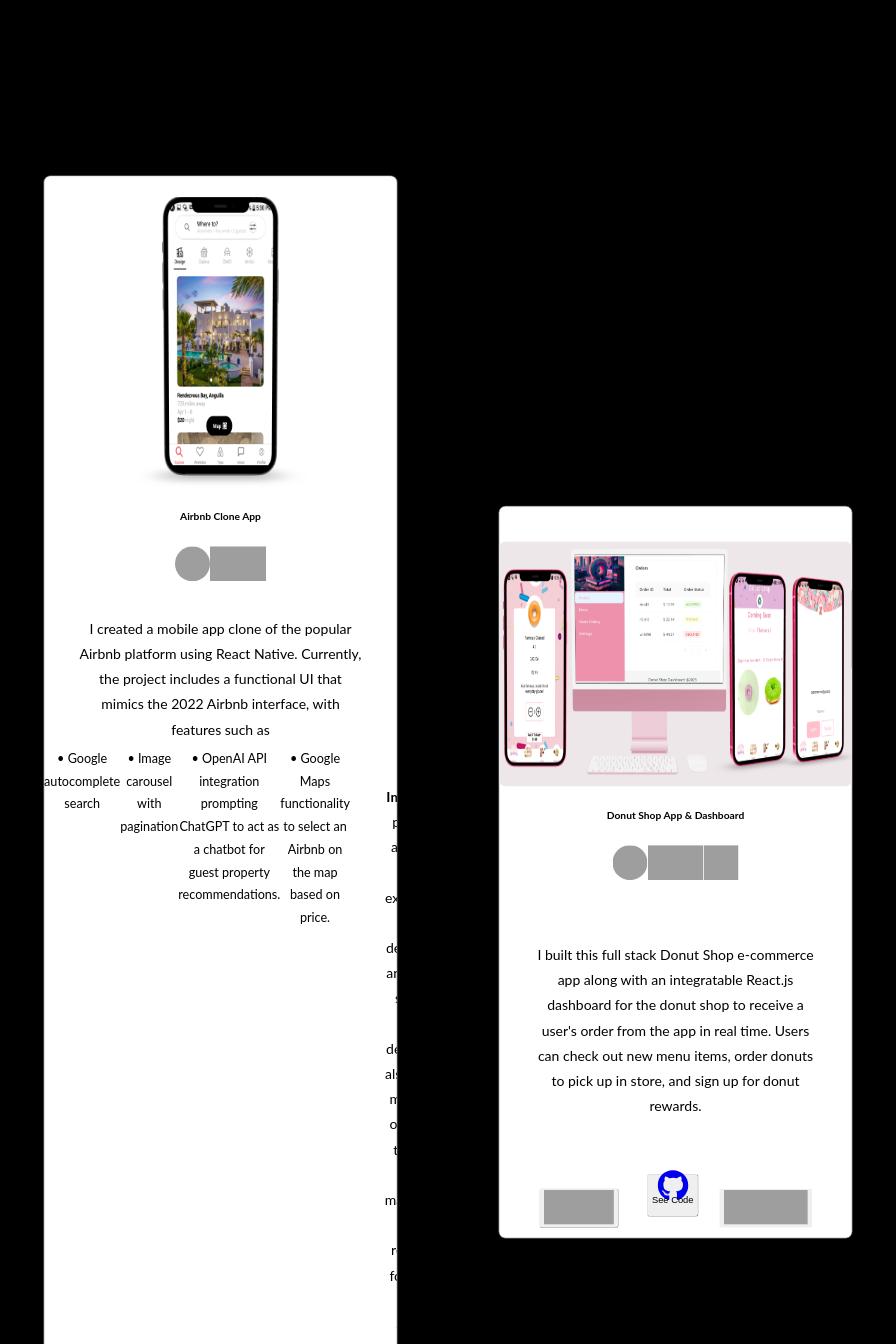
Repository: JamesPesenti/portfolio
Page: /
An editor plug-in stored every save of this project. The page is shown before and after the next save, followed by the edit.
The browser window is 1280 px wide. The pictures show the part of the page from y = 1389 to 3309 px (the page is 6929 px tall), at 70% of full size.
Pictures or frames that could not be fetched are drawn as grey boxes. The project was rebuilt for these pictures with package versions that can differ from the ones it lists, and the page was loaded fresh each time. Imported but missing from the stored project, and not drawn on this page: src/Components/James Pesenti Resume 2023.pdf.

Above is the page before, as saved 2023-08-28 14:57:34.

### public/index.html
<!DOCTYPE html>
<html lang="en">
  <head>
    <meta charset="utf-8" />
    <link rel="" href="" />
    <meta name="viewport" content="width=device-width, initial-scale=1" />
    <meta name="theme-color" content="#000000" />
    <meta name="description" content="James Pesenti Portfolio 2023" />
    <link rel="apple-touch-icon" href="" />
    <link rel="manifest" href="%PUBLIC_URL%/manifest.json" />

    <title>Portfolio 2023</title>

  </head>
  <body>
    <div id="root"></div>
  </body>
</html>

### src/Components/Navbar.jsx
import React, {Component} from 'react'
import { FaGithub } from "react-icons/fa";
import { FaEnvelope } from "react-icons/fa";
import { FaFile } from "react-icons/fa";
import Pdf from "../Components/James Pesenti Resume 2023.pdf"


const Navbar = () => {
  return (
    <>
          <div className="navbar flex">
            <div className="container">
                <nav>
                  <ul style={{textAlign: "center", marginTop: 70, position: 'relative', left: 0, top: -2}}>
                    <li>
                      <a className="App-link"  href="mailto:jamespesenti91@gmail.com" target="_blank" rel="noopener noreferrer">
                      <FaEnvelope size={35} style={{display: "flex", textAlign: "center", marginLeft: 10}}/>
                          Contact
                      </a>
                    </li>
                    <li>
                      <a className="App-link" href="https://github.com/JamesPesenti" target="_blank" rel="noopener noreferrer">
                        <FaGithub size={35} style={{display: "flex", textAlign: "center", marginLeft: 10}} />
                        GitHub
                      </a>
                    </li>
                    <li>
                      <a className="App-link" href={Pdf} target="_blank" rel="noopener noreferrer">
                        <FaFile size={35} style={{display: "flex", textAlign: "center", marginLeft: 10}} />
                        Resume
                      </a>
                    </li>
                  </ul>
                </nav>
                {/* <h4 style={{color: "white", textAlign: 'center', marginBottom:-440}}>
                  See my work below and send a message to get in touch
                </h4> */}
            </div>
          </div>
    </>
  )
}

export default Navbar

### src/Components/AboutMe.jsx
import React from 'react'
import { FontAwesomeIcon } from '@fortawesome/react-fontawesome'
import { FaGithub } from "react-icons/fa";
import { FaMapPin } from "react-icons/fa";

const AboutMe = () => {
  return (
    <>

        <div style={{justifyContent: "center", textAlign: "center", color: "white", padding: 50,}}>
            {/* Spinning image  */}
            {/* <img style={{padding: 10, borderRadius: "50%", width: 200, height: 200,}} src="/images/IMG_1619.jpg" className="App-logo" alt="logo" /> */}
            <img style={{padding: 10, borderRadius: "50%", width: 200, height: 200,}} src="/images/IMG_1619.jpg" alt="logo" />
            <h1>I'm James Pesenti</h1>
            <h2>a Software Developer building mobile apps and websites</h2>
              <FaMapPin size={20} style={{position: "relative", top: 5, right: 65, }} />
              <h3 style={{marginTop: -24}}> Chicago, IL</h3>
        </div>

</>
  )
}

export default AboutMe

### src/Components/Scroll.jsx
import React from 'react'
import '../CSS/App.css';


const Scroll = () => {

  return (
    <>

        <div style={{marginBottom: 400, justifyContnent: 'center'}} id="section09" class="demo">
          <a href="#parallaxContainer">
            <span></span>
            Scroll down to see my work
          </a>
        </div>

    </>
  )
}

export default Scroll

### src/Components/MyProjects.jsx
import UberGoogleButton from "../Components/UberGoogleButton"
import AstonGoogleButton from "./AstonGoogleButton"
import AstonAppleButton from "./AstonAppleButton"
import BarceGoogleButton from "../Components/BarceGoogleButton"
import BarceAppleButton from "./BarceAppleButton"
import { FaGithub } from "react-icons/fa";

const MyProjects = () => {
  return (

  <>
    <div id="parallaxContainer" style={{ display: 'grid', gridTemplateColumns: 'repeat(2, 1fr)', gap: '20px' }}>

    {/* Airbnb Clone */}
    <div style={{ justifyContent: 'center', alignItems: 'center',  width: "80%", borderRadius: 10}} className="box">
            <div>
                <img style={{ borderRadius: 10, marginTop: 30, marginBottom: -35, width: "100%", height: 450, transition: ".7s", }} src="images/mockrocket-capture (11).png" />
            </div>
            <h4 style={{textAlign: 'center'}}>Airbnb Clone App</h4>
                <div style={{padding: 10, borderRadius: 10, marginBottom: -40,}}>
                  <img style={{width: 50, height: 50, borderRadius: 50}} src="https://i.pinimg.com/originals/8a/02/1a/8a021aa097236b42dd71fb731e3d894d.gif"/>
                  <img style={{width: 80, height: 50, }} src="https://www.datocms-assets.com/45470/1631026680-logo-react-native.png"  />
                  {/* <img style={{width: 50, height: 50, }} src="https://pbs.twimg.com/profile_images/1114309924551417856/FKA4cm2x_400x400.png"  /> */}
                </div>
           <div>
            <p style={{fontSize: 20, textAlign: 'center', padding: 50, marginBottom: -60}}>I created a mobile app clone of the popular Airbnb platform using React Native. Currently, the project includes a functional UI that mimics the 2022 Airbnb interface, with features such as</p>
           </div>
           <div style={{display: 'flex', flexDirection: "row"}}>
            <p style={{fontSize: 18, padding: 0, marginBottom: -20}}>&#8226; Google autocomplete search</p>
            <p style={{fontSize: 18, padding: 0, marginBottom: -20}}>&#8226; Image carousel with pagination</p>
            <p style={{fontSize: 18, paddingHorizontal: 0, marginBottom: -20}}> &#8226; OpenAI API integration prompting ChatGPT to act as a chatbot for guest property recommendations.</p>
            <p style={{fontSize: 18, paddingHorizontal: -90, marginBottom: -20}}> &#8226; Google Maps functionality to select an Airbnb on the map based on price.</p>

            {/* <p style={{fontSize: 20, textAlign: 'center', padding: 40, marginBottom: -60}}>I plan to add additional features and integrate back end functionality in future updates to enhance the user experience and provide a more comprehensive product.</p> */}
            {/* <p style={{fontSize: 20, textAlign: 'center', padding: 30, marginBottom: -80}}><b> Key Skills I learned: </b>React Native, UI design, Google Play and App Store submission process, mobile development, UX design, project management.</p> */}
            <p style={{fontSize: 20, textAlign: 'center', padding: 50}}><b> Impact: </b> Each project has allowed me to gain experience in mobile development and hone my skills in UI and UX design. It has also provided me with the opportunity to practice project management, by being responsible for planning and executing the project from start to finish, providing me with valuable experience of the mobile app lifecycle.</p>
           </div>

           <div >
                {/* <UberGoogleButton  /> */}
                <button style={{marginTop: 10}} type="button" className="codeButton">
                  <a href="https://github.com/JamesPesenti/Airbnb" target="_blank" rel="noopener noreferrer">
                    <FaGithub  size={45} style={{ marginTop: -80, marginBottom: -25, justifyContent: "center", textAlign: "center"}} />
                  </a>
                  <p>See Code</p>
                </button>
                {/* <AstonAppleButton  /> */}
            </div>

        </div>


     {/* Donut Shop App */}
     <div style={{marginTop: -80, marginBottom: 20, justifyContent: 'center', alignItems: 'center',  width: "80%", borderRadius: 10}} className="box">
            <div>
                <img style={{ borderRadius: 10, marginTop: 50, width: "100%", height: 350, transition: ".7s", }} src="/images/appAndDashMock.png" />
            </div>
            <h4 style={{textAlign: 'center'}}>Donut Shop App & Dashboard</h4>
                <div style={{padding: 10, borderRadius: 10, marginBottom: 0,}}>
                  <img style={{width: 50, height: 50, borderRadius: 50}} src="https://i.pinimg.com/originals/8a/02/1a/8a021aa097236b42dd71fb731e3d894d.gif"/>
                  <img style={{width: 80, height: 50, }} src="https://www.datocms-assets.com/45470/1631026680-logo-react-native.png"  />
                  <img style={{width: 50, height: 50, }} src="https://pbs.twimg.com/profile_images/1114309924551417856/FKA4cm2x_400x400.png"  />
                </div>
            <p style={{fontSize: 20,textAlign: 'center', padding: 50}}>I built this full stack Donut Shop e-commerce app along with an integratable React.js dashboard for the donut shop to receive a user's order from the app in real time. Users can check out new menu items, order donuts to pick up in store, and sign up for donut rewards.</p>

            <div>
                <UberGoogleButton  />
                <button style={{marginTop: 40}} type="button" className="codeButton">
                  <a href="https://github.com/JamesPesenti/Donut_Shop" target="_blank" rel="noopener noreferrer">
                    <FaGithub  size={45} style={{ marginTop: -80, marginBottom: -25, justifyContent: "center", textAlign: "center"}} />
                  </a>
                  <p>See Code</p>
                </button>
                <AstonAppleButton  />
            </div>

        </div>


    {/* Uber Eats App */}
    <div style={{marginTop: 80, marginBottom: 60, justifyContent: 'center', alignItems: 'center',  width: "80%", borderRadius: 10}} className="box">
            <div className="imgWrapper" style={{width: 480, height: 350}}>
                <img style={{ borderRadius: 5, marginTop: 50, width: "100%", height: 300, transition: ".7s", }} src="/images/UberEatsLast.png" />
            </div>
            <h4 style={{textAlign: 'center'}}>Uber Eats Clone App</h4>
                <div style={{padding: 10, borderRadius: 10, marginBottom: -40,}}>
                  <img style={{width: 50, height: 50, borderRadius: 50}} src="https://i.pinimg.com/originals/8a/02/1a/8a021aa097236b42dd71fb731e3d894d.gif"/>
                  <img style={{width: 80, height: 50, }} src="https://www.datocms-assets.com/45470/1631026680-logo-react-native.png"  />
                  <img style={{width: 50, height: 50, }} src="https://pbs.twimg.com/profile_images/1114309924551417856/FKA4cm2x_400x400.png" />
                </div>
            <p style={{fontSize: 20,textAlign: 'center', padding: 50}}>A full stack React Native app inspired by the UberEats user app. I utilized AWS Amplify's datastore to configure the back end to query and save customer's orders and used Amazon Cognito for user registration, authentication, & account recovery.</p>

            <div>
                <UberGoogleButton  />
                <button style={{marginTop: 40}} type="button" className="codeButton">
                  <a href="https://github.com/JamesPesenti/UberEatsClone" target="_blank" rel="noopener noreferrer">
                    <FaGithub  size={45} style={{ marginTop: -80, marginBottom: -20, justifyContent: "center", textAlign: "center"}} />
                  </a>
                  <p>See Code</p>
                </button>
                <AstonAppleButton  />
            </div>

        </div>


     {/* Aston Waikiki App */}
       <div style={{marginTop: 80, marginBottom: 120, justifyContent: 'center', alignItems: 'center',  width: "80%", borderRadius: 10}} className="box">
            <div className="imgWrapper" style={{width: 450, height: 350}}>
                <img style={{ marginTop: 50, width: "100%", height: "auto", transition: ".7s", }} src="/images/astonmock.png" />
            </div>
            <h4 style={{textAlign: 'center'}}>Aston Waikiki Hotel UI</h4>
                <div style={{padding: 10, borderRadius: 10, marginBottom: -40,}}>
                  <img style={{width: 50, height: 50, borderRadius: 50}} src="https://i.pinimg.com/originals/8a/02/1a/8a021aa097236b42dd71fb731e3d894d.gif"/>
                  <img style={{width: 80, height: 50, }} src="https://www.datocms-assets.com/45470/1631026680-logo-react-native.png"  />
                </div>
            <p style={{fontSize: 20,textAlign: 'center', padding: 50}}>A React Native UI design I created to reimagine the hotel Aston Waikiki Beach's website into a cross platform mobile app. I used most of the content and images from the current website and utilized both Bottom Tabs, Drawer navigation and other React Native libraries for a better user experience.</p>

            <div>
                <AstonGoogleButton  />
                <button style={{marginTop: 40}} type="button" className="codeButton">
                        <a href="https://github.com/JamesPesenti/AstonWaikikiBeachApp" target="_blank" rel="noopener noreferrer">
                            <FaGithub  size={45} style={{ marginTop: -80, marginBottom: -20, justifyContent: "center", textAlign: "center"}} />
                        </a>
                        <p>See Code</p>
                </button>
                <AstonAppleButton  />
            </div>

        </div>


    {/* Barcelona App */}
       <div style={{marginTop: 20, marginBottom: 120, justifyContent: 'center', alignItems: 'center',  width: "80%", borderRadius: 10}} className="box">
            <div className="imgWrapper" style={{width: 650, height: 300}}>
                <img style={{ marginTop: 30, width: "100%", height: 250, transition: ".7s", }} src="/images/barcelonamockup.png" />
            </div>
            <h4 style={{textAlign: 'center'}}>Barcelona Tourist App</h4>
                <div style={{padding: 10, borderRadius: 10, marginBottom: -20,}}>
                <img style={{width: 80, height: 50,}} src="https://www.datocms-assets.com/45470/1631026680-logo-react-native.png"  />
                <img style={{width: 50, height: 50, borderRadius: 50}} src="https://i.pinimg.com/originals/8a/02/1a/8a021aa097236b42dd71fb731e3d894d.gif"/>
                </div>
            <p style={{fontSize: 20, textAlign: 'center', padding: 50}}>I created this React Native app for visitors of Barcelona Spain to save pictures and locations of their favorite places. I used pop-up modals for users to quickly get information on popular sights and used geolocation with google maps so users can save their location and select it on the map.</p>

            <div>
               <BarceAppleButton  />
                <button style={{marginTop: 40}} type="button" className="codeButton">
                        <a href="https://github.com/JamesPesenti/BarcelonaApp" target="_blank" rel="noopener noreferrer">
                            <FaGithub  size={45} style={{ marginTop: -80, marginBottom: -20, justifyContent: "center", textAlign: "center"}} />
                        </a>
                        <p>See Code</p>
                </button>
                <BarceGoogleButton  />
            </div>

        </div>

    {/* IAR React App */}
        {/* <div style={{marginBottom: 0, justifyContent: 'center', alignItems: 'center',  width: "80%", borderRadius: 10}} className="box">
            <img style={{ width: 600, height: 350, borderRadius: 10, borderWidth: 2, borderColor: "green"}} src="/images/innermock.png" />
            <h4 style={{textAlign: 'center'}}>Inner Aura Readings Website</h4>
            <div style={{flexDirection: "row", padding: 10, borderRadius: 10}}>
                <img src="https://www.logo.wine/a/logo/React_(web_framework)/React_(web_framework)-Logo.wine.svg" style={{width: 100, height: 50,}} />
                <img className="logoBox" src="https://cdn.pixabay.com/photo/2017/08/05/11/16/logo-2582747_1280.png" style={{width: 50, height: 50,}} />
            </div>
            <p style={{fontSize: 20, textAlign: 'center', padding: 50}}>This was the first official React.js web app that I developed. I made it for a friend who wanted to reach more customers with a mobile friendly website. I made multiple iterations and converted it into a PWA for offline operability with native like performance. </p>
            <button style={{marginTop: 0}} type="button" className="codeButton">
                        <a href="https://github.com/JamesPesenti/InnerAuraReadings2022" target="_blank" rel="noopener noreferrer">
                            <FaGithub  size={45} style={{ marginTop: -80, marginBottom: -20, justifyContent: "center", textAlign: "center"}} />
                        </a>
                        <p>See Code</p>
            </button>

        </div> */}


{/* REapp */}
        {/* <div style={{marginBottom: 100, justifyContent: 'center', alignItems: 'center',  width: "80%", borderRadius: 10,}} className="box">
        <img style={{marginTop: 50, width: 800, height: 350, borderRadius: 10, borderWidth: 2, borderColor: "green"}} src="/images/remockup.png" />
            <h4 style={{textAlign: 'center'}}>Real Estate Listing Website </h4>
            <div style={{flexDirection: "row", padding: 10, borderRadius: 10}}>
                <img src="https://www.logo.wine/a/logo/React_(web_framework)/React_(web_framework)-Logo.wine.svg" style={{width: 100, height: 50,}} />
                <img src="https://img.icons8.com/color/480/cloud-firestore.png" style={{width: 50, height: 50,}} />
                <img src="https://raw.githubusercontent.com/JamesPesenti/RealEstateApp/16b046b3d34b4a26468627e906dc503be8911b73/src/assets/svg/googleIcon.svg" style={{marginBottom: 8, width: 100, height: 30,}} />
            </div>
            <p style={{fontSize: 20, textAlign: 'center', padding: 50}}>Real Estate listing website built with React, FireStore database and Google OAuth to sign in with a google account. You can search listings for rent/sale and login to your account to create a listing and save offers. Inspiration and back-end code taken from Brad Traversey's React course I took on Udemy.</p>
            <button style={{marginTop: 40}} type="button" className="codeButton">
                        <a href="https://github.com/JamesPesenti/RealEstateApp" target="_blank" rel="noopener noreferrer">
                            <FaGithub  size={45} style={{ marginTop: -80, marginBottom: -20, justifyContent: "center", textAlign: "center"}} />
                        </a>
                        <p>See Code</p>
            </button>
        </div> */}

    </div>


    </>
  )
}

export default MyProjects

### src/Components/UberGoogleButton.jsx
import React from 'react'


const UberGoogleButton = () => {
  return (
    <>
    <button type="button" style={{marginRight: 40, borderWidth: .1, borderColor: '#efefef', borderRadius: 5}}>
        <a href="https://expo.dev/accounts/jimpesenti/projects/UberEats/builds/b9dfcb73-dd37-4009-b5f9-7d24a72b937d">
            <img style={{width: 100, height: 50, borderRadius: 0}} src="https://logos-world.net/wp-content/uploads/2020/12/Google-Play-Logo-500x281.png"/>
        </a>
    </button>
    </>
  )
}

export default UberGoogleButton

### src/Components/AstonGoogleButton.jsx
import React from 'react'


const AstonGoogleButton = () => {
  return (
    <>
    <button type="button" style={{marginRight: 40, borderWidth: .1, borderColor: '#efefef', borderRadius: 5}}>
        <a href="https://play.google.com/store/apps/details?id=com.jamespesenti91.astonwaikikibeach">
            <img style={{width: 100, height: 50, borderRadius: 0}} src="https://logos-world.net/wp-content/uploads/2020/12/Google-Play-Logo-500x281.png"/>
        </a>
    </button>
    </>
  )
}

export default AstonGoogleButton

### src/Components/AstonAppleButton.jsx
import React from 'react'

const AstonAppleButton = () => {
  return (
    <>
    <button type="submit" style={{marginLeft: 30, borderWidth: 0,}}  >
        <a href="">
            <img style={{width: 120, height: 50, borderRadius: 0}} src="https://images.squarespace-cdn.com/content/v1/5b549a7f3c3a53487c250f58/1597439116255-P7ME5MNOIWQLJS1X4CPP/Apple+App+Store+Logo+Button.png"/>
        </a>
    </button>
    </>
  )
}

export default AstonAppleButton

### src/Components/BarceGoogleButton.jsx
import React from 'react'


const BarceGoogleButton = () => {
  return (
    <>
    <button type="button" style={{marginLeft: 30, borderWidth: .1, borderColor: '#efefef', borderRadius: 5}}>
        <a href="https://play.google.com/store/apps/details?id=com.jamespesenti91.VisitBarcelona">
            <img style={{width: 100, height: 50, borderRadius: 0}} src="https://logos-world.net/wp-content/uploads/2020/12/Google-Play-Logo-500x281.png" alt="barceButton"/>
        </a>
    </button>
    </>
  )
}

export default BarceGoogleButton

### src/Components/BarceAppleButton.jsx
import React from 'react'

const BarceAppleButton = () => {
  return (
    <>
    <button type="submit" style={{marginRight: 30, borderWidth: 0,}}  >
        <a href="">
            <img style={{width: 120, height: 50, borderRadius: 0}} src="https://images.squarespace-cdn.com/content/v1/5b549a7f3c3a53487c250f58/1597439116255-P7ME5MNOIWQLJS1X4CPP/Apple+App+Store+Logo+Button.png"/>
        </a>
    </button>
    </>
  )
}

export default BarceAppleButton

Loaded but not shown: src/index.js (common file); src/reportWebVitals.js (common file); src/serviceWorkerRegistration.js (137 lines, source omitted); src/App.js (33 lines, source omitted); src/CSS/App.css (351 lines, source omitted); src/CSS/index.css (197 lines, source omitted)

After the next save:
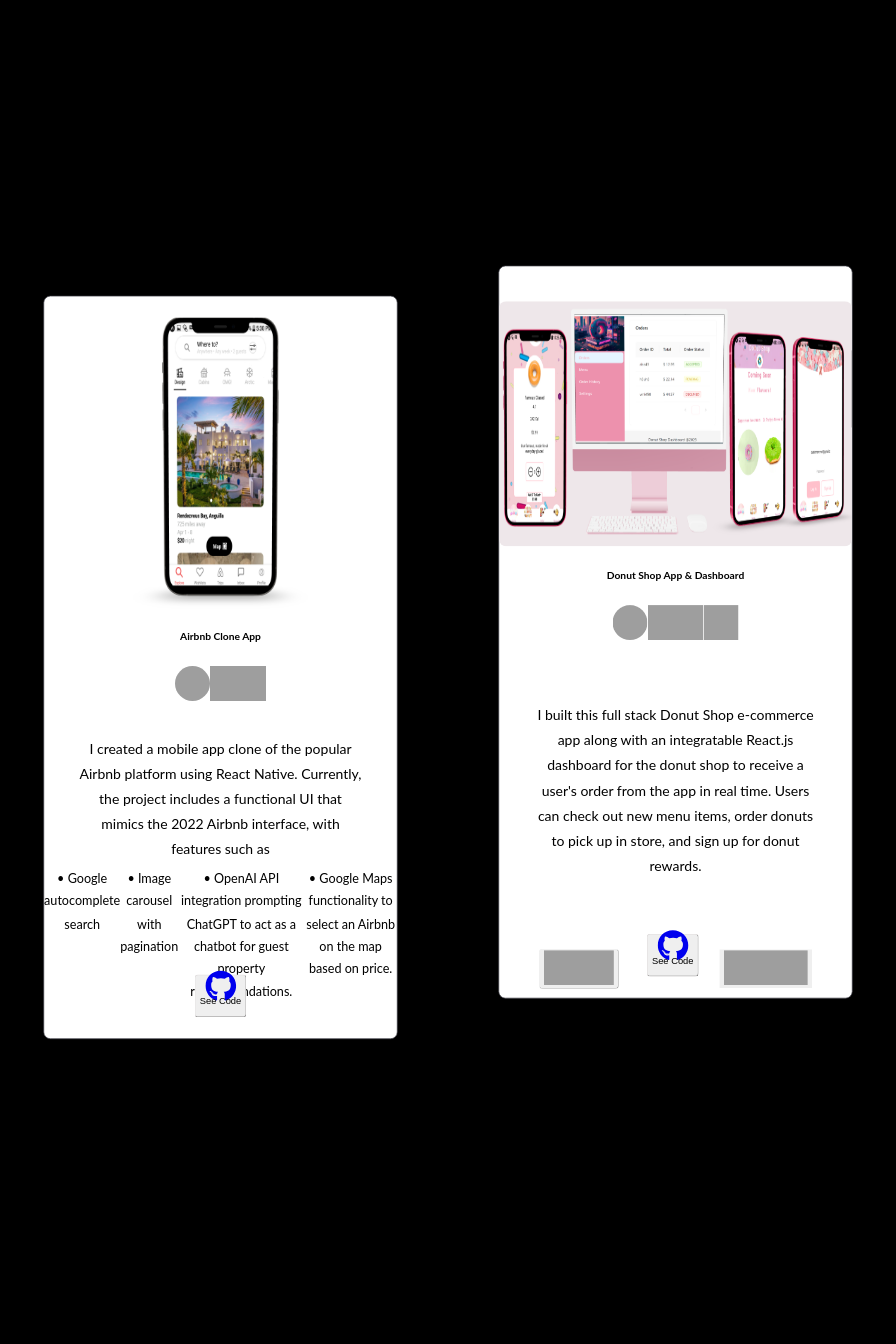
Saved 16 s later.
--- a/src/Components/MyProjects.jsx
+++ b/src/Components/MyProjects.jsx
@@ -30,10 +30,8 @@
             <p style={{fontSize: 18, padding: 0, marginBottom: -20}}>&#8226; Image carousel with pagination</p>
             <p style={{fontSize: 18, paddingHorizontal: 0, marginBottom: -20}}> &#8226; OpenAI API integration prompting ChatGPT to act as a chatbot for guest property recommendations.</p>
             <p style={{fontSize: 18, paddingHorizontal: -90, marginBottom: -20}}> &#8226; Google Maps functionality to select an Airbnb on the map based on price.</p>
-
             {/* <p style={{fontSize: 20, textAlign: 'center', padding: 40, marginBottom: -60}}>I plan to add additional features and integrate back end functionality in future updates to enhance the user experience and provide a more comprehensive product.</p> */}
             {/* <p style={{fontSize: 20, textAlign: 'center', padding: 30, marginBottom: -80}}><b> Key Skills I learned: </b>React Native, UI design, Google Play and App Store submission process, mobile development, UX design, project management.</p> */}
-            <p style={{fontSize: 20, textAlign: 'center', padding: 50}}><b> Impact: </b> Each project has allowed me to gain experience in mobile development and hone my skills in UI and UX design. It has also provided me with the opportunity to practice project management, by being responsible for planning and executing the project from start to finish, providing me with valuable experience of the mobile app lifecycle.</p>
            </div>
 
            <div >
